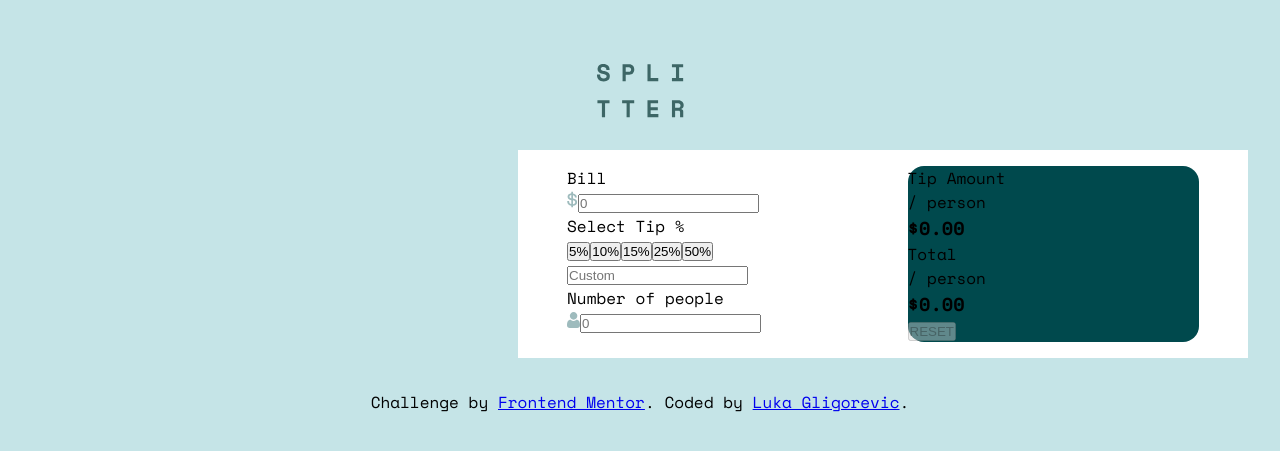
Repository: gligor99/tip-fmentor
Page: /
An editor plug-in stored every save of this project. The page is shown before and after the next save, followed by the edit.
The browser window is 1280 px wide. The pictures show the whole page.
The project was rebuilt for these pictures with package versions that can differ from the ones it lists, and the page was loaded fresh each time.

Above is the page before, as saved 2021-11-27 17:38:31.

### src/index.css
@import url("https://fonts.googleapis.com/css2?family=Space+Mono:wght@400;700&display=swap");

:root {
  --clr-primary: hsl(172, 67%, 45%);
  --clr-dark-cyan: hsl(183, 100%, 15%);
  --clr-dark-grayish-cyan: hsl(186, 14%, 43%);
  --clr-dark-grayish-cyan2: hsl(184, 14%, 56%);
  --clr-light-grayish-cyan: hsl(185, 41%, 84%);
  --clr-light-grayish-cyan2: hsl(189, 41%, 97%);
  --clr-white: hsl(0, 0%, 100%);
}

*,
::after,
::before {
  margin: 0;
  padding: 0;
  box-sizing: border-box;
}
body {
  font-family: "Space Mono", sans-serif;
  background: var(--clr-light-grayish-cyan);
  color: var(--clr-grey-1);
  line-height: 1.5;
  font-size: 1rem;
}

.App {
  display: flex;
  flex-direction: column;
  justify-content: center;
  padding: 2rem;
  max-height: 100vh;
}

.logo {
  display: flex;
  justify-content: center;
  padding: 2rem;
}

.attribution {
  font-size: 1rem;
  text-align: center;
  padding: 2rem;
}

.container {
  display: flex;
  justify-content: space-evenly;
  background-color: var(--clr-white);
  width: 60%;
  margin: 0 0 auto auto;
  padding-top: 1rem;
  padding-bottom: 1rem;
}
.left-side {
  width: 40%;
}

.right-side {
  background-color: var(--clr-dark-cyan);
  width: 40%;
  border-radius: 1rem;
}

### src/App.tsx
import Footer from "./components/Footer";
import logo from "./assets/logo.svg";
import Tipper from "./components/Tipper";
import { useState } from "react";

function App() {
  const [bill, setBill] = useState(0)
  const [people, setPeople] = useState(0)
  const [total, setTotal] = useState(0)


  return (
    <div className="App">
      <div className="logo">
        <img src={logo} alt="logo" />
      </div>
      <Tipper />
      <Footer name="Luka Gligorevic" />
    </div>
  );
}

export default App;

### src/components/Footer.tsx
type Props = {
  name: String;
};

const Footer: React.FC<Props> = ({ name }) => {
  return (
    <div className="attribution">
      Challenge by{" "}
      <a
        href="https://www.frontendmentor.io?ref=challenge"
        target="_blank"
        rel="noreferrer"
      >
        Frontend Mentor
      </a>
      . Coded by <a href="https://github.com/gligor99">{name}</a>.
    </div>
  );
};

export default Footer;

### src/components/Tipper.tsx
import iconDollar from "../assets/icon-dollar.svg";
import iconPeople from "../assets/icon-person.svg";

const Tipper = () => {
  return (
    <section className="wrapper">
      <section className="container">
        <div className="left-side">
          <form>
            <label htmlFor="bill">Bill</label>
            <div className="input-div">
              <img className="input-icon" src={iconDollar} alt="dollarIcon" />
              <input type="number" placeholder="0" />
            </div>
            <label htmlFor="select-tip">Select Tip %</label>
            <div className="buttons">
              <button className="percentage-btn" data-value="5">
                5%
              </button>
              <button className="percentage-btn" data-value="5">
                10%
              </button>
              <button className="percentage-btn" data-value="5">
                15%
              </button>
              <button className="percentage-btn" data-value="5">
                25%
              </button>
              <button className="percentage-btn" data-value="5">
                50%
              </button>
              <input
                type="number"
                placeholder="Custom"
                className="custom-tip"
              />
            </div>
            <label htmlFor="no-of-people">Number of people</label>
            <div className="input-div">
              <img className="input-icon" src={iconPeople} alt="personIcon" />
              <input type="number" placeholder="0" />
            </div>
          </form>
        </div>
        <div className="right-side">
          <div className="results-tip">
            <div className="results-text">
              <p className="results-label">Tip Amount</p>
              <p className="per-person">/ person</p>
            </div>
            <div className="tip-result">
              <h1 id="tip-result">$0.00</h1>
            </div>
          </div>
          <div className="results-total">
            <div className="results-text">
              <p className="results-label">Total</p>
              <p className="per-person">/ person</p>
            </div>
            <div className="total-result">
              <h1 id="total-result">$0.00</h1>
            </div>
          </div>
          <button className="reset-btn" type="reset" disabled>
            RESET
          </button>
        </div>
      </section>
    </section>
  );
};

export default Tipper;

Loaded but not shown: public/index.html (common file); src/index.tsx (common file)

After the next save:
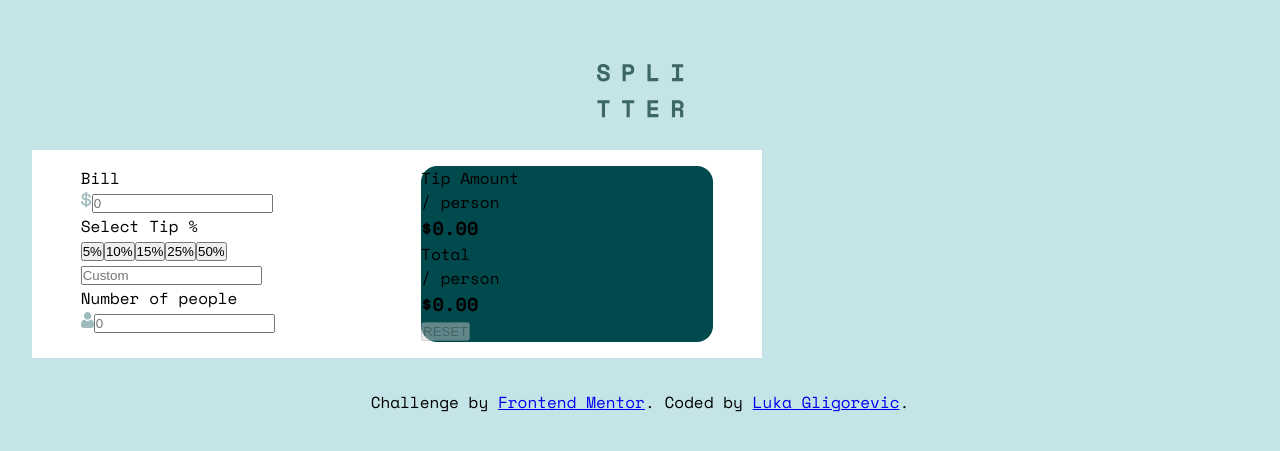
Saved 6 s later.
--- a/src/index.css
+++ b/src/index.css
@@ -50,7 +50,7 @@ body {
   justify-content: space-evenly;
   background-color: var(--clr-white);
   width: 60%;
-  margin: 0 0 auto auto;
+  margin: 0 0 0 0;
   padding-top: 1rem;
   padding-bottom: 1rem;
 }
